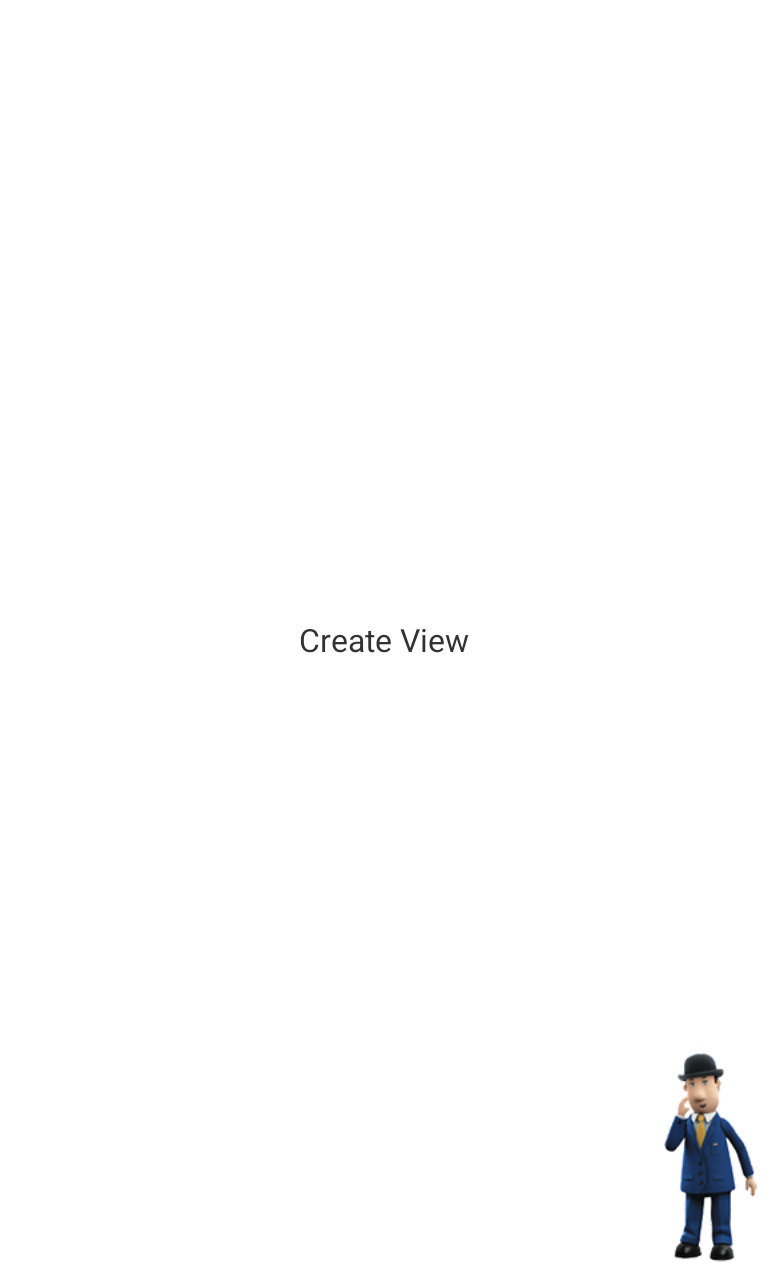
Repository: derek-zhan/RBCPrototypeChallenge
Layout: RBCPrototype/res/layout/fragment_analyze.xml
These files come from the project's save history. The layout is drawn as it stood at one moment and after the next save; the edit follows.
It is drawn on a 768 x 1280 px phone screen (xhdpi) without system bars, with theme AppTheme; the app's code is not run.

Above is the layout before, as saved 2014-06-05 22:51:03.

### RBCPrototype/res/layout/fragment_analyze.xml
<?xml version="1.0" encoding="utf-8"?>
<RelativeLayout xmlns:android="http://schemas.android.com/apk/res/android"
    android:layout_width="match_parent"
    android:layout_height="match_parent" >


    <ImageButton
        android:id="@+id/rbc_man"
        android:layout_width="wrap_content"
        android:layout_height="wrap_content"
        android:layout_alignParentRight="true"
        android:layout_alignParentBottom="true"
        android:src="@drawable/whisper_arbie"
        android:background="@null"/>



    <TextView
        android:id="@+id/txtLabel"
        android:layout_width="wrap_content"
        android:layout_height="wrap_content"
        android:layout_centerInParent="true"
        android:text="Create View"
        android:textSize="16dp" />



</RelativeLayout>

Loaded but not shown: RBCPrototype/res/values/styles.xml (common file); RBCPrototype/res/values-v11/styles.xml (common file); RBCPrototype/res/values-v14/styles.xml (common file)

After the next save:
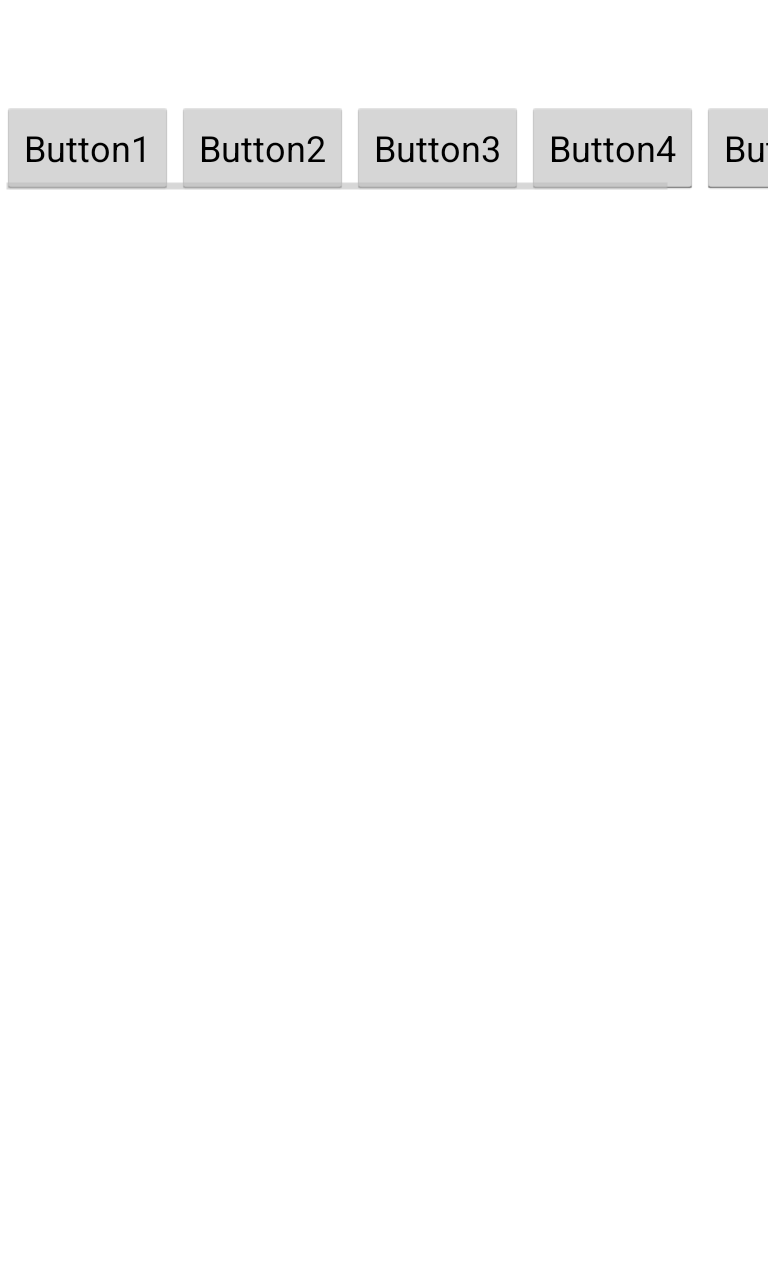
Saved 3 min 2 s later.
--- a/RBCPrototype/res/layout/fragment_analyze.xml
+++ b/RBCPrototype/res/layout/fragment_analyze.xml
@@ -4,24 +4,46 @@
     android:layout_height="match_parent" >
 
 
-    <ImageButton
-        android:id="@+id/rbc_man"
+  <RelativeLayout
+       xmlns:tools="http://schemas.android.com/tools"
+       android:layout_width="match_parent"
+       android:layout_height="match_parent"
+       android:id="@+id/menu_relative_layout"
+    >
+     <HorizontalScrollView
         android:layout_width="wrap_content"
         android:layout_height="wrap_content"
-        android:layout_alignParentRight="true"
-        android:layout_alignParentBottom="true"
-        android:src="@drawable/whisper_arbie"
-        android:background="@null"/>
+        android:layout_marginTop="50dp"
+        >
+        <LinearLayout
+            android:layout_width="wrap_content"
+            android:layout_height="wrap_content"
+            android:orientation="horizontal" >
+            <Button
+                android:layout_width="wrap_content"
+                android:layout_height="wrap_content"
+                android:text="Button1" />
+            <Button
+                android:layout_width="wrap_content"
+                android:layout_height="wrap_content"
+                android:text="Button2" />
+            <Button
+                android:layout_width="wrap_content"
+                android:layout_height="wrap_content"
+                android:text="Button3" />
+            <Button
+                android:layout_width="wrap_content"
+                android:layout_height="wrap_content"
+                android:text="Button4" />
+            <Button
+                android:layout_width="wrap_content"
+                android:layout_height="wrap_content"
+                android:text="Button5" />
+        </LinearLayout>
 
+    </HorizontalScrollView>
 
-
-    <TextView
-        android:id="@+id/txtLabel"
-        android:layout_width="wrap_content"
-        android:layout_height="wrap_content"
-        android:layout_centerInParent="true"
-        android:text="Create View"
-        android:textSize="16dp" />
+    </RelativeLayout>
 
 
 
